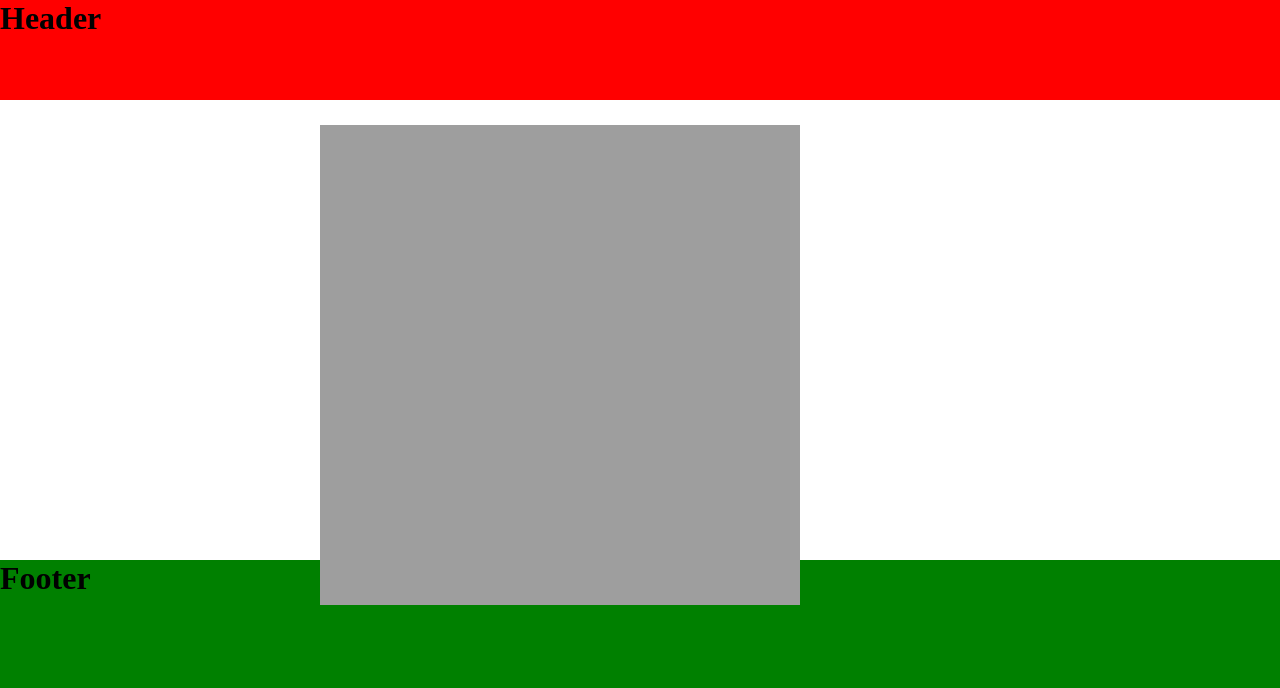
Repository: jameswilky/chess
Page: index.html
The author's editor kept a copy of each file at every save. The page is drawn from the files as they stood at one save, then again after the next save.
The browser window is 1280 px wide. The pictures show the whole page.

Above is the page before, as saved 2018-11-22 08:26:12.

### index.html
<!DOCTYPE html>
<html>

<head>
    <meta charset="utf-8" />
    <title>Chess</title>
    <link href="style.css" rel="stylesheet">
</head>

<body>

    <div class="wrapper">
        <header>
            <h1>Header</h1>

        </header>
    </div>
    <div class="game">
        <canvas id="board"></canvas>
        <canvas id="markers"></canvas>
        <canvas id="chessmen_layer"></canvas>
    </div>
    <footer>
        <h1>Footer</h1>
    </footer>
    </div>





</body>

<script src="board.js"></script>
<script src="chessmen.js"></script>
<script src="mouse.js"></script>
<script src="game.js"></script>

</html>

### style.css
* {
  padding: 0;
  margin: 0;
}

.game{
  position: absolute;
  height: 480px;
  width: 480px;
  grid-area: game;
  top:100px;
  bottom:100px;
  margin: 0 25% 0 25%;
  padding: 25px;
  overflow: scroll;
}

#board {
  left : 0; z-index:0; position: absolute;
}

#markers {
  left : 0; z-index:0; position: absolute;
}

#chessmen_layer {
 left : 0; z-index:1; position: absolute;
}

header{
  position: absolute;
  background-color: red;
  top:0;
  right: 0;
  left: 0;
  height: 100px;
}

footer{
  position: absolute;
  right: 0;
  left: 0;
  background-color: green;
  height: 10em;
  bottom: 0;
}

### board.js
//Define globals
const WIDTH = 480;
const HEIGHT = 480;
const N = 8;
const TILE_SIZE = HEIGHT / N; // 60

//Define board canvas
const board = document.getElementById("board");
const board_ctx = board.getContext("2d");
board.height = HEIGHT;
board.width = WIDTH;
let primary_color = "#a87e2b";
let secondary_color = "#ffdf9e";

//Define marker layer
const markers = document.getElementById("markers");
const markers_ctx = markers.getContext("2d");
markers.height = HEIGHT;
markers.width = WIDTH;

//Define chessmen layer
const chessmen_layer = document.getElementById("chessmen_layer");
const chessmen_ctx = chessmen_layer.getContext("2d");
chessmen_layer.height = HEIGHT;
chessmen_layer.width = WIDTH;

//Used for drawing
function drawRect(ctx, x, y, color) {
  ctx.beginPath();
  ctx.rect(x, y, TILE_SIZE, TILE_SIZE);
  ctx.fillStyle = color;
  ctx.fill();
  ctx.closePath();
}

function initialize_board() {
  // Initialize graphical and logical board
  let i, j, x, y = 0;
  let prev_color;
  for (i = 0; i < N; i++) {
    y = TILE_SIZE * i;
    if (i % 2 == 0) { //If even, start with a black grid
      prev_color = secondary_color;
    }
    else { //If odd, start with a #ffcf7c grid
      prev_color = primary_color;
    }
    for (j = 0; j < N; j++) {
      x = TILE_SIZE * j;

      if (prev_color == primary_color) { //If last block black, make this block #ffcf7c
        prev_color = secondary_color;
      }
      else if (prev_color == secondary_color) { //If last block #ffcf7c, make this block black
        prev_color = primary_color;
      }
      drawRect(board_ctx, x, y, prev_color);

    }
  }
}

### chessmen.js
let chessmen = []; // Hold living chest piece objects

// Populate list of current chess pieces
function init_chessmen(items) {
  for (let id = 0; id < items.length; id++) {
    chessmen[id] = new Chessman(id, items[id].type, items[id].row, items[id].col, items[id].faction);
    chessmen[id].render(chessmen_ctx);
  }
}

//Chest piece constructor
function Chessman(id, type, row, col, faction) {
  this.name = type + "_" + faction + "_" + id;
  this.id = id;
  this.type = type;
  this.position = {
    logical: { col: col, row: row },
    graphical: { //calculate position of chest piece
      x: (col * TILE_SIZE), y: (row * TILE_SIZE)
    }
  }
  this.faction = faction;
  this.sprite = "/images/" + type + "_" + faction + ".png";
  this.options = []; // holds objects containing possible locations to move
  this.render = function () {
    //Draws the chest piece
    let img = new Image();
    let x = this.position.graphical.x;
    let y = this.position.graphical.y;
    console.log(x, y)

    img.onload = function () {
      //Loads when img.src is called
      chessmen_ctx.beginPath();
      chessmen_ctx.drawImage(img, x, y);
      chessmen_ctx.closePath();
    }
    img.src = this.sprite;
  }
  this.derender = function () {
    chessmen_ctx.beginPath();
    chessmen_ctx.clearRect(this.position.graphical.x, this.position.graphical.y, TILE_SIZE, TILE_SIZE);
    chessmen_ctx.closePath();
  }
  this.calculate_movement_options = function () {
    //This function is used to determine the coordinates of each possible move for a selected tile
    this.options = []; //clear last options
    let j = 0;
    let i = 0; //used to iterate through list of options
    //console.log(type, faction, row, col)
    let r = this.position.logical.row;
    let c = this.position.logical.col;

    let options = this.options;

    function check_tile(row, col, diag, isPawn) {
      //diag is an optional variable for pawn sideways movement logic
      diag = diag || false;
      isPawn = isPawn || false;

      //Checks the status of the board to see if the chessman can move to selected tile

      let option = {}; //edited, used to hold {faction:faction}
      //Check tile does not exceed bounds of the board
      if (row > 7 || row < 0 || col > 7 || col < 0) {
        return false;
      }

      //Check if target tile contains a chessman of same faction
      let isFriendly = false;
      let isEnemy = false;

      chessmen.forEach(chessman => {
        if (chessman.position.logical.row == row && chessman.position.logical.col == col) { //Check if position is occupied
          if (chessman.faction == faction) {
            isFriendly = true;
          }
          else { //tile is occupied by enemy
            isEnemy = true;
          }
          option.contains = chessman;
        }
      })

      //pawn logic
      if (diag && isEnemy) {
        option.row = row;
        option.col = col;
        options[i] = option;
        i++;
      }
      if (diag && !isEnemy) {
        return
      }

      //if tile does not contain friendly chessmen, or if its an enemy create new option
      if (!isFriendly || isEnemy) {
        option.row = row;
        option.col = col;
        options[i] = option;
        i++;
      }
      return isFriendly || isEnemy;

    }

    if (this.type == "pawn") {
      if (this.faction == "black") {
        check_tile(r + 1, c);//south
        check_tile(r + 1, c + 1, true) // south East
        check_tile(r + 1, c - 1, true) //south West
        if (this.nMoves == 0) {
          check_tile(r + 2, c); //Extra move on first turn
        }
      }
      if (this.faction == "white") {
        check_tile(r - 1, c); //north
        check_tile(r - 1, c + 1, true) // North East
        check_tile(r - 1, c - 1, true) //North West
        if (this.nMoves == 0) {
          check_tile(r - 2, c); //Extra move on first turn
        }
      }
    }
    if (this.type == "rook") {
      for (j = 0; j < N; j++) {// South
        if (check_tile(r + j + 1, c) == true) break
      }
      for (j = 0; j < N; j++) {// East
        if (check_tile(r, c + j + 1) == true) break
      }
      for (j = 0; j < N; j++) {// North
        if (check_tile(r - j - 1, c) == true) break
      }
      for (j = 0; j < N; j++) {// West
        if (check_tile(r, c - j - 1) == true) break
      }
    }
    if (this.type == "bishop") {
      for (j = 0; j < N; j++) { // South East
        if (check_tile(r + 1 + j, c + 1 + j) == true) break
      }
      for (j = 0; j < N; j++) { // South West
        if (check_tile(r + 1 + j, c - 1 - j) == true) break
      }
      for (j = 0; j < N; j++) { // North East
        if (check_tile(r - 1 - j, c + 1 + j) == true) break
      }
      for (j = 0; j < N; j++) { // North west
        if (check_tile(r - 1 - j, c - 1 - j) == true) break
      }
    }
    if (this.type == "queen") {
      for (j = 0; j < N; j++) { // South East
        if (check_tile(r + 1 + j, c + 1 + j) == true) break
      }
      for (j = 0; j < N; j++) { // South West
        if (check_tile(r + 1 + j, c - 1 - j) == true) break
      }
      for (j = 0; j < N; j++) { // North East
        if (check_tile(r - 1 - j, c + 1 + j) == true) break
      }
      for (j = 0; j < N; j++) { // North west
        if (check_tile(r - 1 - j, c - 1 - j) == true) break
      }
      for (j = 0; j < N; j++) {// South
        if (check_tile(r + j + 1, c) == true) break
      }
      for (j = 0; j < N; j++) {// East
        if (check_tile(r, c + j + 1) == true) break
      }
      for (j = 0; j < N; j++) {// North
        if (check_tile(r - j - 1, c) == true) break
      }
      for (j = 0; j < N; j++) {// West
        if (check_tile(r, c - j - 1) == true) break
      }
    }
    if (this.type == "king") {
      check_tile(r + 1, c + 1) //South East
      check_tile(r + 1, c - 1) //South West
      check_tile(r - 1, c + 1) // North East
      check_tile(r - 1, c - 1) //North West
      check_tile(r + 1, c) //south
      check_tile(r, c + 1) //east
      check_tile(r - 1, c) //north
      check_tile(r, c - 1) //west

    }
    if (this.type == "knight") {
      // Check each tile in clockwise order
      check_tile(r - 2, c + 1)
      check_tile(r - 1, c + 2)
      check_tile(r + 1, c + 2)
      check_tile(r + 2, c + 1)
      check_tile(r + 2, c - 1)
      check_tile(r + 1, c - 2)
      check_tile(r - 1, c - 2)
      check_tile(r - 2, c - 1)
    }

    //return array of options containing locations to highlight

  }
  this.show_movement_options = function () {
    this.options.forEach(option => {
      //Represent each available movement option with a highlighted tile
      drawRect(markers_ctx, (option.col * TILE_SIZE), (option.row * TILE_SIZE), "#635e55");
    })
  }
  this.hover = false;
  this.isKing = false;
  if (this.type == "king") {
    this.isKing = true;
  }

  this.nMoves = 0;
  this.points;
  if (this.type == "king") {
    this.points = 10;
  }
  if (this.type == "queen") {
    this.points = 9;
  }
  if (this.type == "bishop") {
    this.points = 3;
  }
  if (this.type == "knight") {
    this.points = 3;
  }
  if (this.type == "rook") {
    this.points = 5;
  }
  if (this.type == "pawn") {
    this.points = 1;
  }

  //Update graphical and logical position
  this.moveTo = function (col, row) {


    function moveIsValid(r1, r2, c1, c2, options) {
      let valid = false;

      if ((r1 == r2) && (c1 == c2)) {
        // if logical position is the same, no move was made
        valid = false;
      }
      options.forEach(option => {
        if (option.row == r2 && option.col == c2) {
          //todo check faction
          valid = true;
        }
      })
      return valid
    }

    if (moveIsValid(this.position.logical.row, row, this.position.logical.col, col, this.options)) {
      //If valid, Check if enemy chessman has been killed
      //check if desination contains an enemy
      let target = chessmen.find(chessman => {
        return (chessman.position.logical.row == row && chessman.position.logical.col == col)
      })

      // then render at new position and update logical position
      //console.log("Changed position of", chessman, "from row:", chessman.position.logical.row, " col:", chessman.position.logical.col, " to row:", row, "col:", col)

      this.derender(); //De render previous position
      this.position.logical.col = col;
      this.position.logical.row = row;
      this.position.graphical.x = this.position.logical.col * TILE_SIZE;
      this.position.graphical.y = this.position.logical.row * TILE_SIZE;
      this.derender(); //remove any chess pieces
      this.render();

      //If destination contains emeny, remove it from list of active chessmen
      if (target) {
        chessmen.splice(chessmen.indexOf(target), 1);
      }

      this.nMoves++; //used to testing if pawn is moved
      // // trigger movement event
      let event = new CustomEvent('moved');
      document.dispatchEvent(event);
    }
    else {
      //re-render original position
      this.render();
    }
  }
}

// Update location of chest pieces
function render_markers() {
  //Clear all markers
  markers_ctx.clearRect(0, 0, HEIGHT, WIDTH);

  //find chessman that matches mouse location and show movement markers
  chessmen.forEach(chessman => {
    if (chessman.hover == true) {
      chessman.show_movement_options();
    }
  });


}

### mouse.js
let dragging = false;
let selector = document.createElement("img");
;

selector.ondragstart = function () {
  return false;
};

//Compare two row/col coordinates
function coordsMatch(coord, piece) {
  let xmin = piece.x;
  let xmax = piece.x + TILE_SIZE;

  let ymin = piece.y;
  let ymax = piece.y + TILE_SIZE;

  if (
    (coord.x >= xmin) &&
    (coord.x < xmax) &&
    (coord.y >= ymin) &&
    (coord.y < ymax)
  ) {
    return true
  }
}

//Listen for when we hover over a chest piece, then draw the movement options
chessmen_layer.addEventListener('mousemove', (e) => {
  if (dragging == false) {
    let pos = {
      x: e.clientX,
      y: e.clientY
    };
    //Check all chessmen and check if clicked location matches a chessman location
    chessmen.forEach(chessman => {
      if (coordsMatch(pos, chessman.position.graphical)) {
        //If true, select that chessman
        chessman.hover = true;
      }
      else {
        //Otherwise, that chessman was not selected
        chessman.hover = false;
      }
    })
    render_markers();
  }
})

//Click and drag chessmen
chessmen_layer.addEventListener('mousedown', (e) => {

  dragging = true; //stop markers rendering while dragging pieces
  let pos = {
    x: e.clientX,
    y: e.clientY
  }
  //Check all chessmen and check if clicked location matches a chessman location
  chessmen.forEach(chessman => {
    if (coordsMatch(pos, chessman.position.graphical)) {
      if (chessman.faction == "black") {
        dragging = false;
        return
      }
      //If true, derender chessman from chessman_layer, and redraw on selector layer
      chessman.derender();

      //draw selector
      selector.style.position = 'absolute';
      selector.src = chessman.sprite;
      selector.id = 'selector';
      document.body.append(selector);

      //center selector at mouse locaiton
      moveAt(pos.x, pos.y);

      function moveAt(x, y) {
        selector.style.left = x - TILE_SIZE / 2 + 'px';
        selector.style.top = y - TILE_SIZE / 2 + 'px';
      }

      function onMouseMove(moveEvent) {
        moveAt(moveEvent.clientX, moveEvent.clientY);
      }

      // selector will follow mouse on movement
      document.addEventListener('mousemove', onMouseMove);


      // drop the selector, remove unneeded handlers
      chessmen_layer.onmouseup = function (upevent) {
        document.removeEventListener('mousemove', onMouseMove);

        //clear selector
        selector.src = ""
        // console.log("before", document.getElementById('selector'))
        // document.body.removeChild(document.getElementById('selector'))
        // console.log("after", document.getElementById('selector'))

        //convert mouse pos to a row/col logical value
        let dest = {
          x: Math.trunc(upevent.clientX / TILE_SIZE),
          y: Math.trunc(upevent.clientY / TILE_SIZE)
        }

        //console.log("Event 1")
        dragging = false; // allow marker rendering to continue
        chessmen_layer.onmouseup = null;
        //Update chessman logical location and snap to grid
        chessman.moveTo(dest.x, dest.y)
      };
    }
  })
})

### game.js
//Initialize default locations
let default_locations = [
  { tile: 0, type: "rook", row: 0, col: 0, faction: "black" },
  { tile: 1, type: "knight", row: 0, col: 1, faction: "black" },
  { tile: 2, type: "bishop", row: 0, col: 2, faction: "black" },
  { tile: 3, type: "king", row: 0, col: 3, faction: "black" },
  { tile: 4, type: "queen", row: 0, col: 4, faction: "black" },
  { tile: 5, type: "bishop", row: 0, col: 5, faction: "black" },
  { tile: 6, type: "knight", row: 0, col: 6, faction: "black" },
  { tile: 7, type: "rook", row: 0, col: 7, faction: "black" },
  { tile: 8, type: "pawn", row: 1, col: 0, faction: "black" },
  { tile: 9, type: "pawn", row: 1, col: 1, faction: "black" },
  { tile: 10, type: "pawn", row: 1, col: 2, faction: "black" },
  { tile: 11, type: "pawn", row: 1, col: 3, faction: "black" },
  { tile: 12, type: "pawn", row: 1, col: 4, faction: "black" },
  { tile: 13, type: "pawn", row: 1, col: 5, faction: "black" },
  { tile: 14, type: "pawn", row: 1, col: 6, faction: "black" },
  { tile: 15, type: "pawn", row: 1, col: 7, faction: "black" },

  { tile: 48, type: "pawn", row: 6, col: 0, faction: "white" },
  { tile: 49, type: "pawn", row: 6, col: 1, faction: "white" },
  { tile: 50, type: "pawn", row: 6, col: 2, faction: "white" },
  { tile: 51, type: "pawn", row: 6, col: 3, faction: "white" },
  { tile: 52, type: "pawn", row: 6, col: 4, faction: "white" },
  { tile: 53, type: "pawn", row: 6, col: 5, faction: "white" },
  { tile: 54, type: "pawn", row: 6, col: 6, faction: "white" },
  { tile: 55, type: "pawn", row: 6, col: 7, faction: "white" },
  { tile: 56, type: "rook", row: 7, col: 0, faction: "white" },
  { tile: 57, type: "knight", row: 7, col: 1, faction: "white" },
  { tile: 58, type: "bishop", row: 7, col: 2, faction: "white" },
  { tile: 59, type: "king", row: 7, col: 3, faction: "white" },
  { tile: 60, type: "queen", row: 7, col: 4, faction: "white" },
  { tile: 61, type: "bishop", row: 7, col: 5, faction: "white" },
  { tile: 62, type: "knight", row: 7, col: 6, faction: "white" },
  { tile: 63, type: "rook", row: 7, col: 7, faction: "white" },

]

let turn = 0;
let IsWhiteTurn = false;
let IsBlackTurn = false;
let game = true;
let AIOptions = [];


function set_turn() {
  if (turn % 2 == 0) {
    IsWhiteTurn = true;
    IsBlackTurn = false;
    //console.log("White players turn")
  }
  else {
    IsBlackTurn = true;
    IsWhiteTurn = false;
    //console.log("Black players turn")
  }
  turn += 1;
}

function determineAIOptions() {
  let AIOptions = [];
  let i = 0;
  chessmen.forEach(chessman => {
    if (chessman.faction == 'black') {
      chessman.options.forEach(option => {
        let AIOption = {}; //dereference object
        AIOption.row = option.row;
        AIOption.col = option.col;
        if (option.contains) {
          AIOption.points = option.contains.points;
        }
        AIOption.chessman = chessman;
        AIOptions[i] = AIOption;
        i++;
      })
    }
  })
  return AIOptions;

}

function AIMove(options) {
  let max = 0;
  let choice = {};
  options.forEach(option => {
    if (option.points) {
      if (option.points > max) {
        max = option.points;
        choice = option;
      }
    }
  })
  if (max == 0) {
    choice = options[Math.floor(Math.random() * options.length)];  //Return a random choice
  }
  choice.chessman.moveTo(choice.col, choice.row)
  //calculate AI
}


//Set up board
initialize_board();
init_chessmen(default_locations);
chessmen.forEach(chessman => {
  chessman.calculate_movement_options();
})
set_turn();
function checkKing() {
  let kings = chessmen.filter(chessman => chessman.isKing == true)
  if (kings.length == 1) {
    alert(kings[0].faction + " Wins!!!")
  }
}

// Listen for movement
document.addEventListener('moved', function (event) {
  //check if king died last turn;
  checkKing();
  set_turn();
  //Calculate new movement positiifons
  chessmen.forEach(chessman => {
    chessman.calculate_movement_options();
  })

  if (IsBlackTurn) {
    //Run black turn AI
    chessmen.forEach(chessman => {
      chessman.calculate_movement_options(); //assign new options
    })
    AIOptions = determineAIOptions();
    AIMove(AIOptions);
  }
}, false);

After the next save:
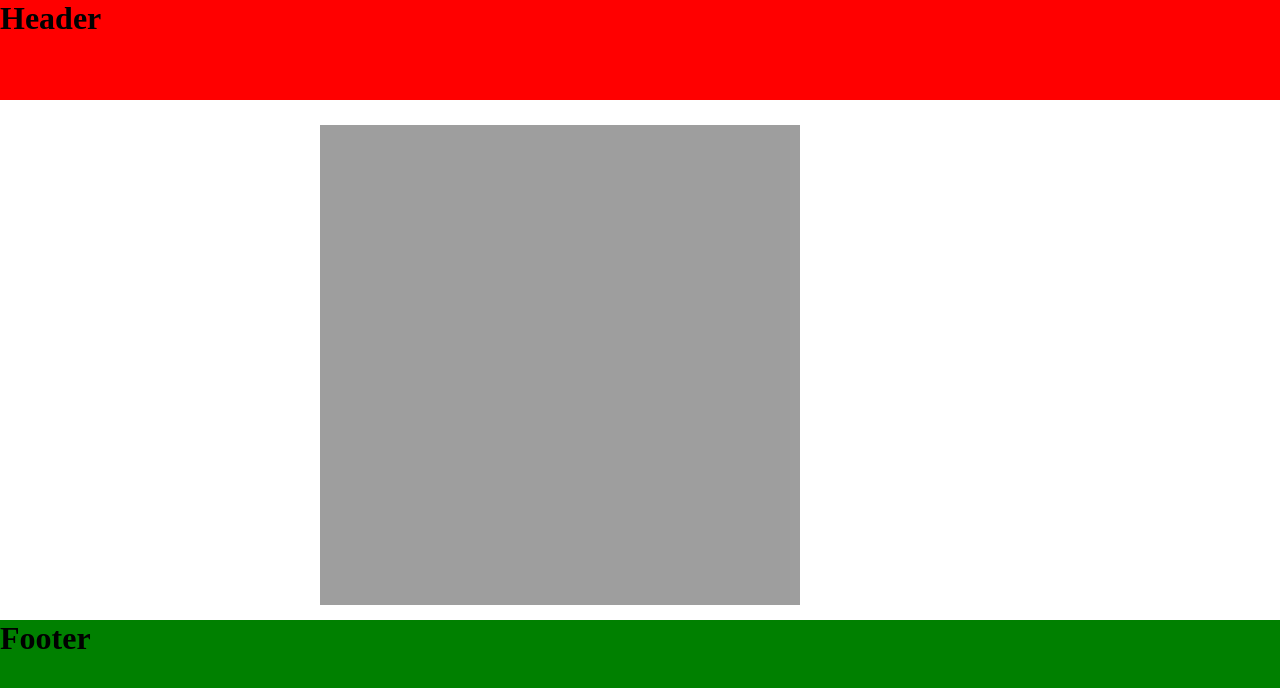
Saved 70 s later.
--- a/style.css
+++ b/style.css
@@ -41,6 +41,6 @@ footer{
   right: 0;
   left: 0;
   background-color: green;
-  height: 10em;
+  height: 100px;
   bottom: 0;
 }
